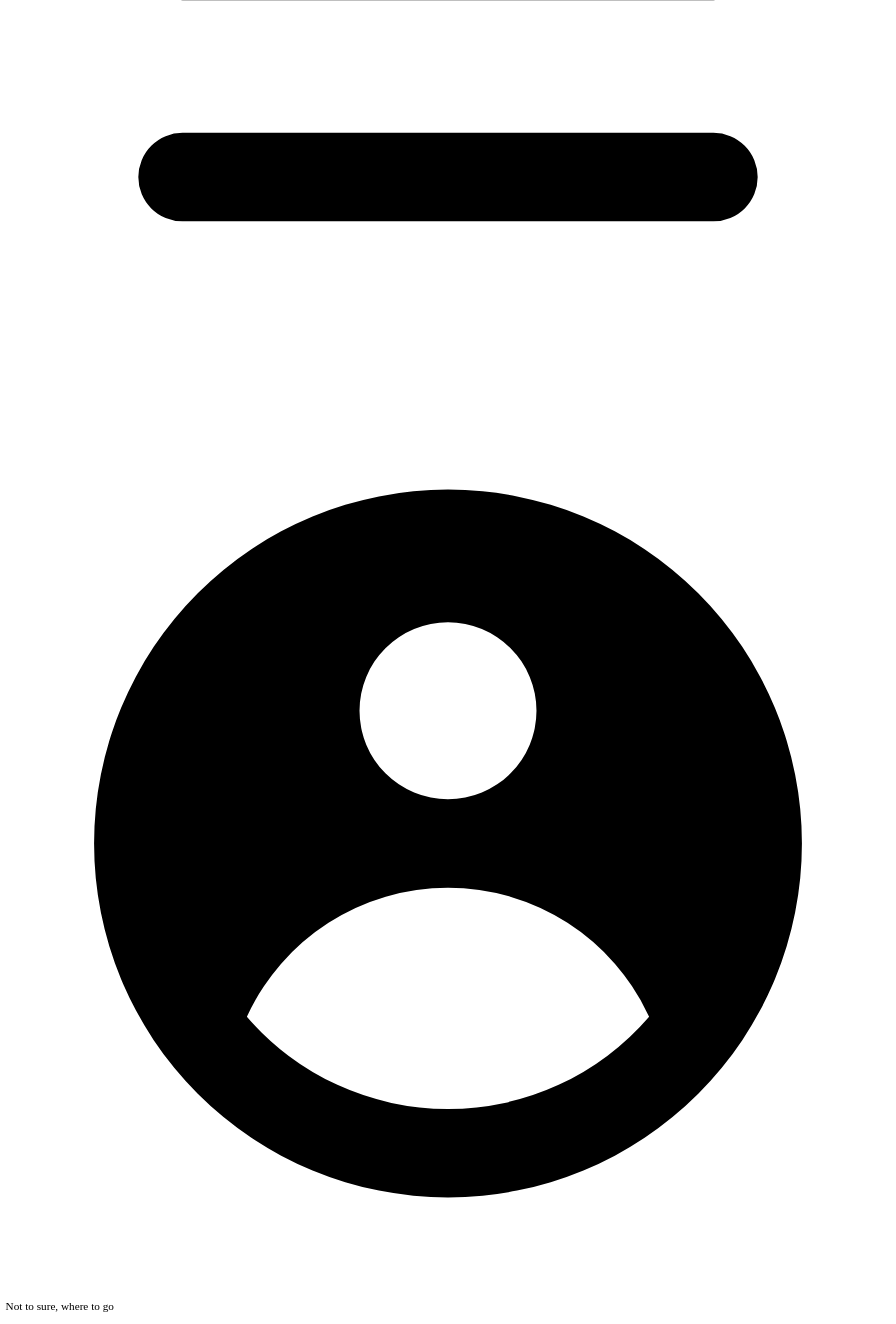
Repository: ahmadsaadkhan/Airbn-demo
Page: /
These files come from the project's save history. The page is drawn as it stood at one moment and after the next save; the edit follows.
The browser window is 1280 px wide. The pictures show the part of the page from y = 3310 to 5230 px (the page is 5201 px tall before and 5230 px after), at 70% of full size.
The project was rebuilt for these pictures with package versions that can differ from the ones it lists, and the page was loaded fresh each time. The framework's server and built-in components were replaced by stand-ins that run in the browser. Also part of the build but not shown: next.config.js.

Above is the page before, as saved 2021-08-06 18:18:02.

After the next save:
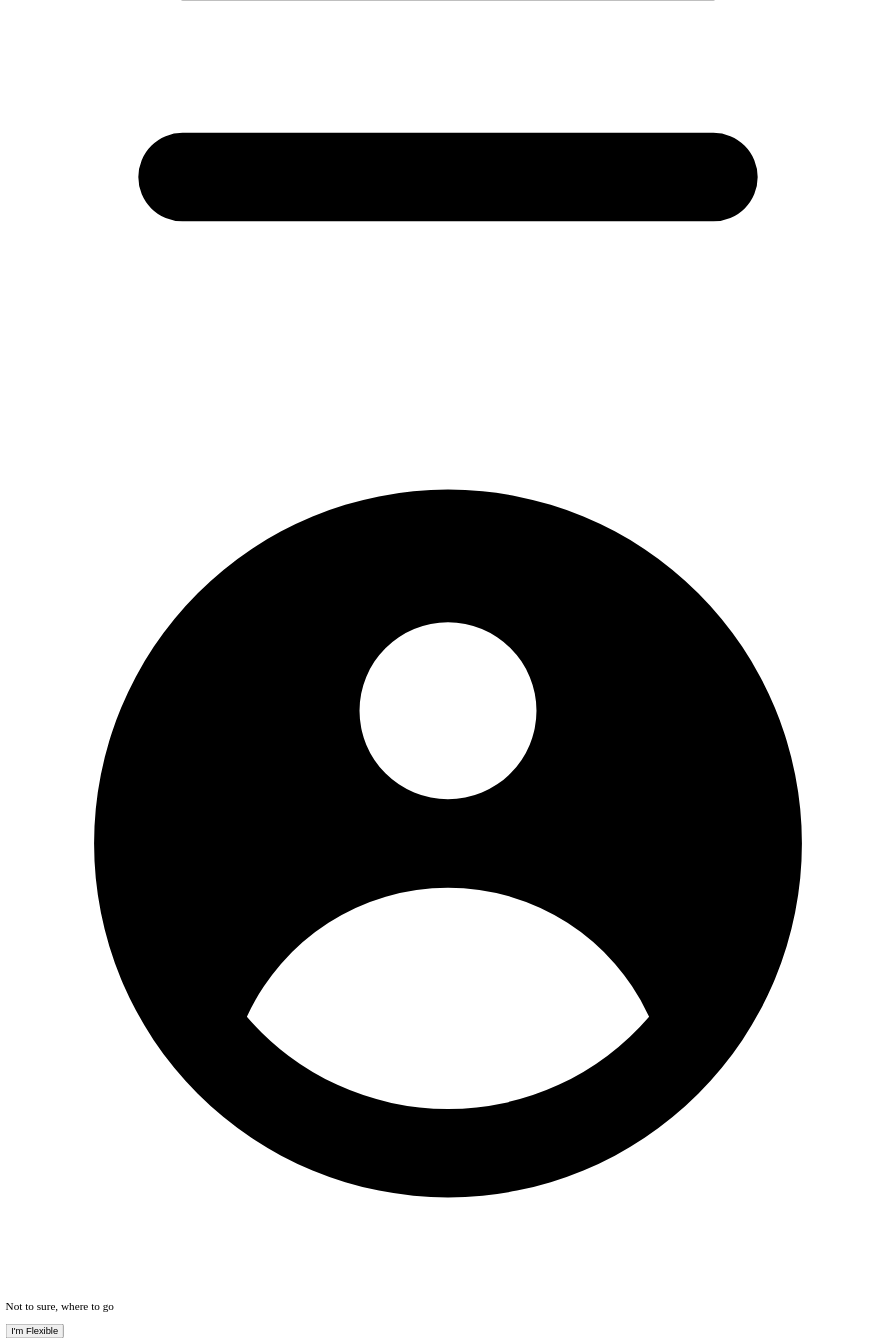
Saved 2 min 10 s later.
--- a/Components/Banner.js
+++ b/Components/Banner.js
@@ -8,8 +8,9 @@ const Banner = () => {
             layout="fill"
             objectFit="cover"
             />
-            <div className="absolute">
-                <p>Not to sure, where to go</p>
+            <div className="absolute top-1/2 w-full text-center">
+                <p className="text-sm sm:text-lg">Not to sure, where to go</p>
+                <button >I'm Flexible</button>
             </div>
         </div>
     );
